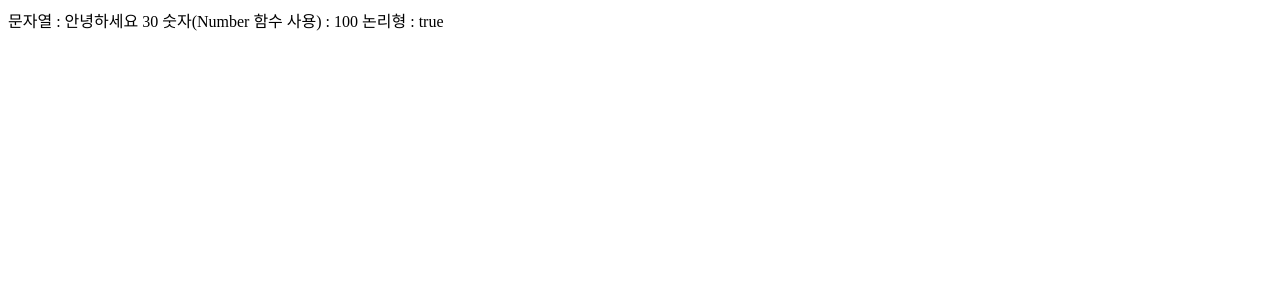
Repository: reddrinkbro/JSPStudy
Page: javascript/WebContent/2자바스크립트기초문법/var_ex1_c.html
These files come from the project's save history. The page is drawn as it stood at one moment and after the next save; the edit follows.
The browser window is 1280 px wide. The pictures show the whole page.

Above is the page before, as saved 2020-03-31 02:46:48.

### javascript/WebContent/2자바스크립트기초문법/var_ex1_c.html
<!DOCTYPE html>
<html>
<head>
<meta charset="EUC-KR">
<title>Insert title here</title>
	<script type="text/javascript">
	//box 변수 선언
	var box;
	document.writeln("문자열 :");
	box = "안녕하세요";
	document.writeln(box);
	box = 30;
	document.writeln(box);
	box = Number("100"); //box라는 이름의 변수 메모리 공간에 100데이터를 저장함.
	document.writeln("숫자(Number 함수 사용) :");
	document.writeln(box);
	document.writeln("논리형 :");
	box = true;//100이라는 데이터는 삭제 되고 30이라는 데이터를 저장함
	document.write(box);
	//실행 crtl + F11
	</script>
</head>
<body>

</body>
</html>

After the next save:
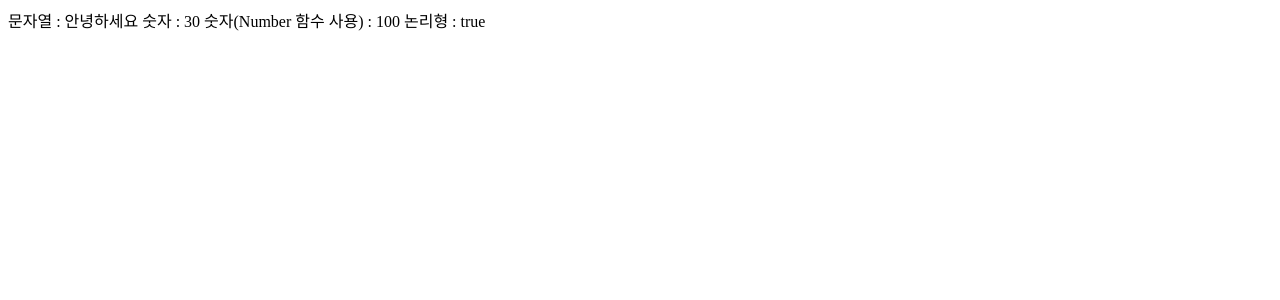
Saved 29 s later.
--- a/javascript/WebContent/2자바스크립트기초문법/var_ex1_c.html
+++ b/javascript/WebContent/2자바스크립트기초문법/var_ex1_c.html
@@ -9,9 +9,10 @@
 	document.writeln("문자열 :");
 	box = "안녕하세요";
 	document.writeln(box);
+	document.writeln("숫자 :");
 	box = 30;
 	document.writeln(box);
-	box = Number("100"); //box라는 이름의 변수 메모리 공간에 100데이터를 저장함.
+	box = Number("100 "); //box라는 이름의 변수 메모리 공간에 100데이터를 저장함.
 	document.writeln("숫자(Number 함수 사용) :");
 	document.writeln(box);
 	document.writeln("논리형 :");
